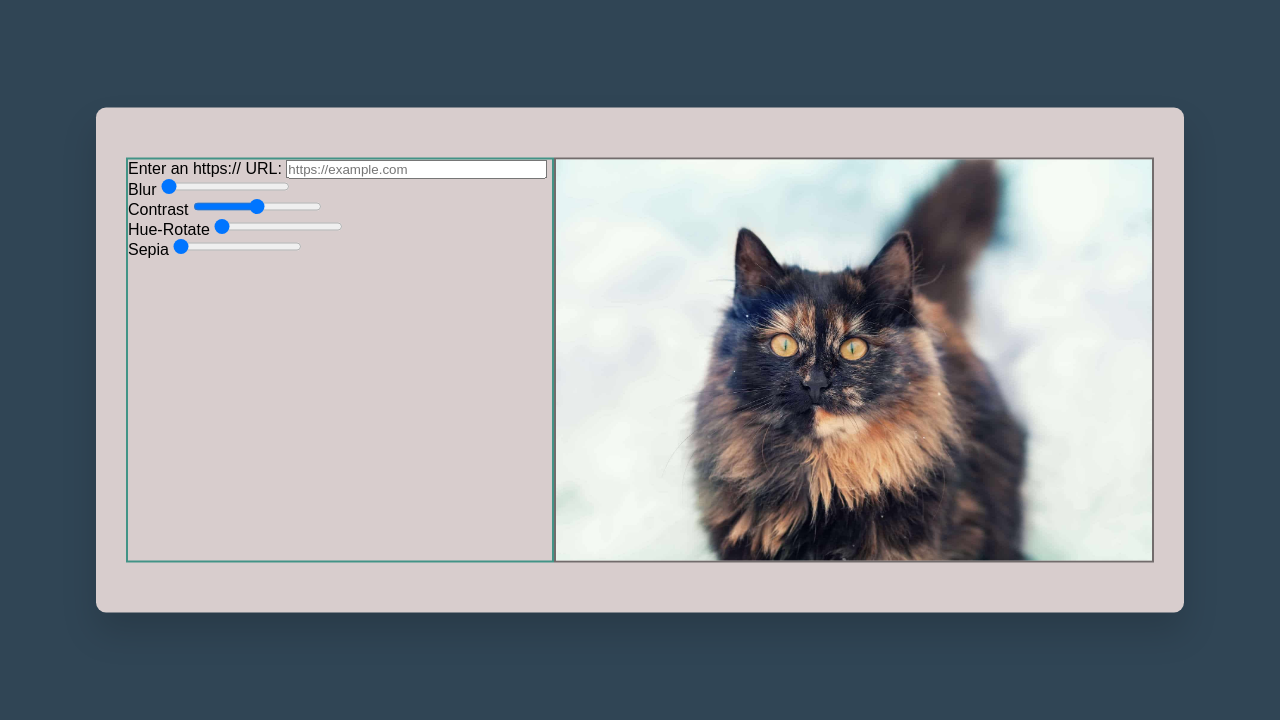
Repository: Larrowo/Challenges
Page: Photo filter/index.html
These files come from the project's save history. The page is drawn as it stood at one moment and after the next save; the edit follows.
The browser window is 1280 px wide. The pictures show the whole page.

Above is the page before, as saved 2022-04-04 11:04:03.

After the next save:
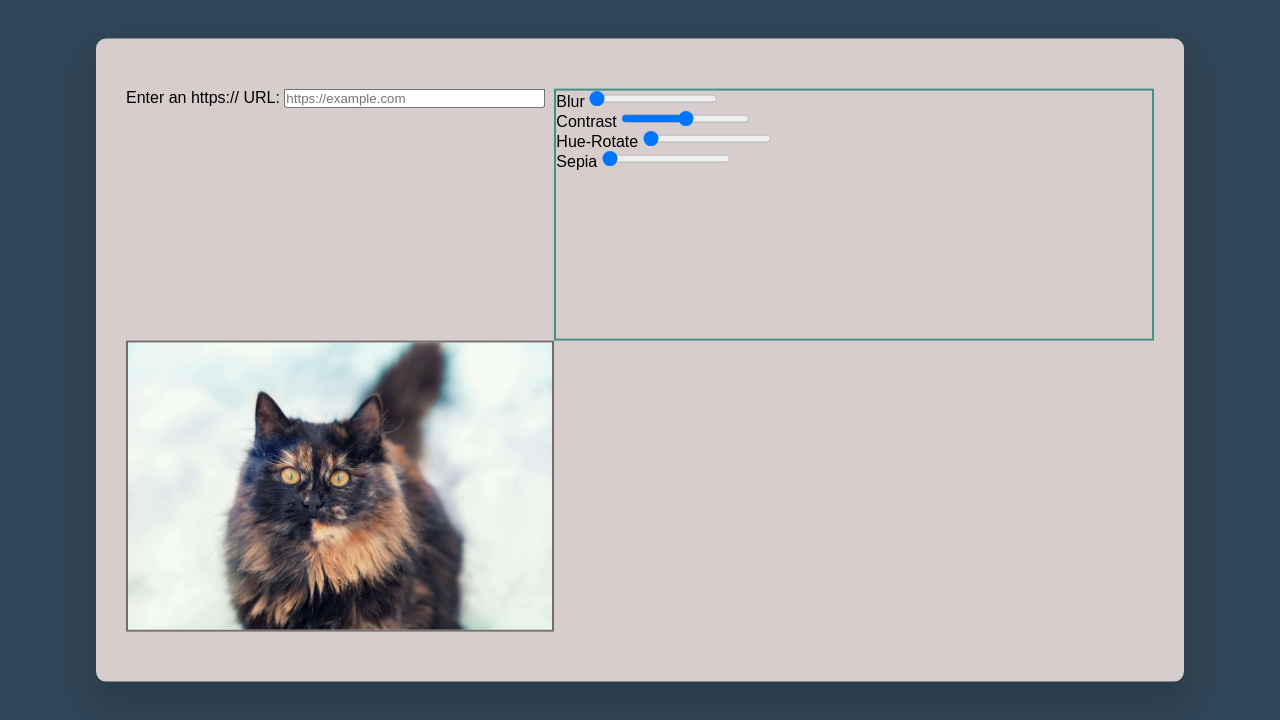
Saved 38 s later.
--- a/Photo filter/index.html
+++ b/Photo filter/index.html
@@ -11,11 +11,11 @@
 </head>
 <body>
     <div class="wrapper">
+        <div class="input-image">
+            <label for="url">Enter an https:// URL:</label>
+            <input type="url" name="url" id="url" placeholder="https://example.com" pattern="https://.*" size="30"required>
+        </div>
         <div class="editor">
-            <div class="input-image">
-                <label for="url">Enter an https:// URL:</label>
-                <input type="url" name="url" id="url" placeholder="https://example.com" pattern="https://.*" size="30"required>
-            </div>
             <div class="filter">
                 <label for="blur">Blur</label>
                 <input type="range" min="0" max="5" value="0" step="0.1" id="blur">
